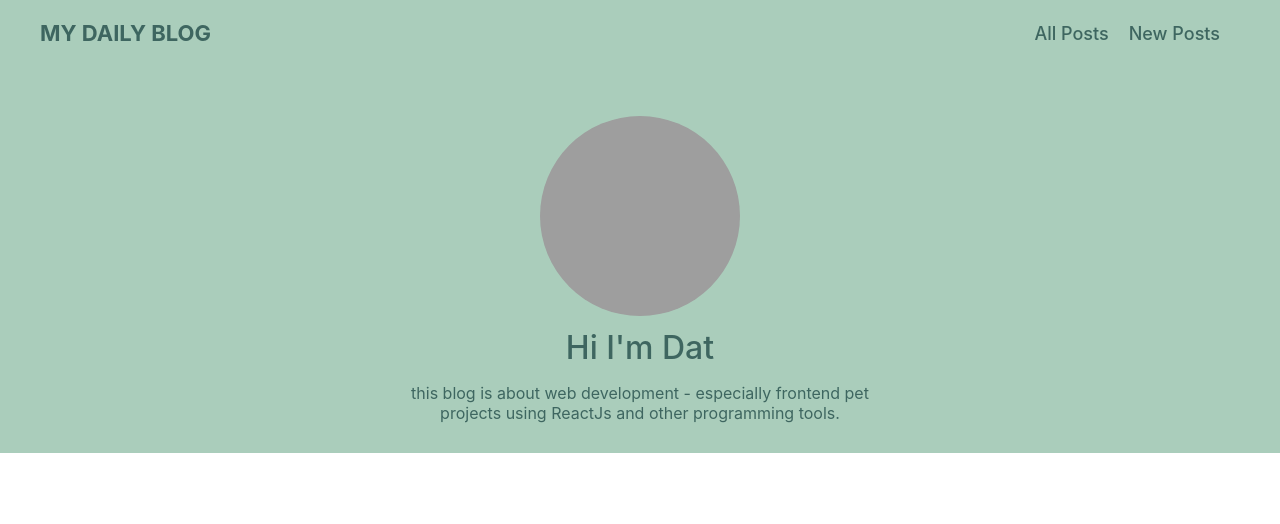
Repository: lyvandat/post-project-nextjs
Page: /
These files come from the project's save history. The page is drawn as it stood at one moment and after the next save; the edit follows.
The browser window is 1280 px wide. The pictures show the whole page.
Pictures or frames that could not be fetched are drawn as grey boxes. The project was rebuilt for these pictures with package versions that can differ from the ones it lists, and the page was loaded fresh each time. The framework's server and built-in components were replaced by stand-ins that run in the browser. Also part of the build but not shown: next.config.js.

Above is the page before, as saved 2022-09-25 11:13:28.

After the next save:
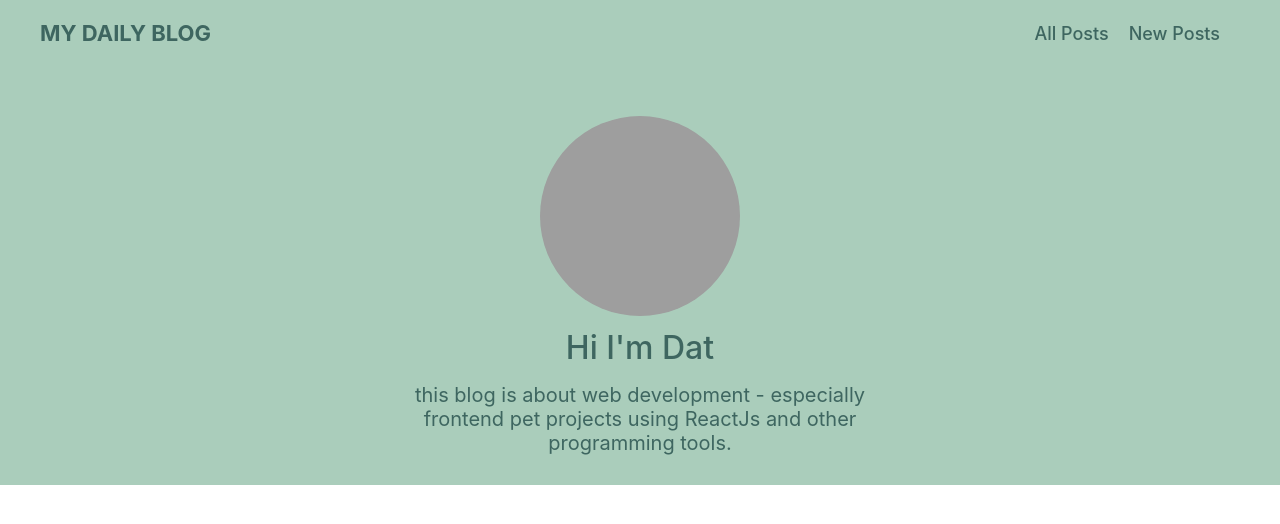
Saved 15 s later.
--- a/components/info/Info.module.css
+++ b/components/info/Info.module.css
@@ -26,5 +26,5 @@
 
 .info p {
   width: 40%;
-  font-size: 1.6rem;
+  font-size: 2rem;
 }
